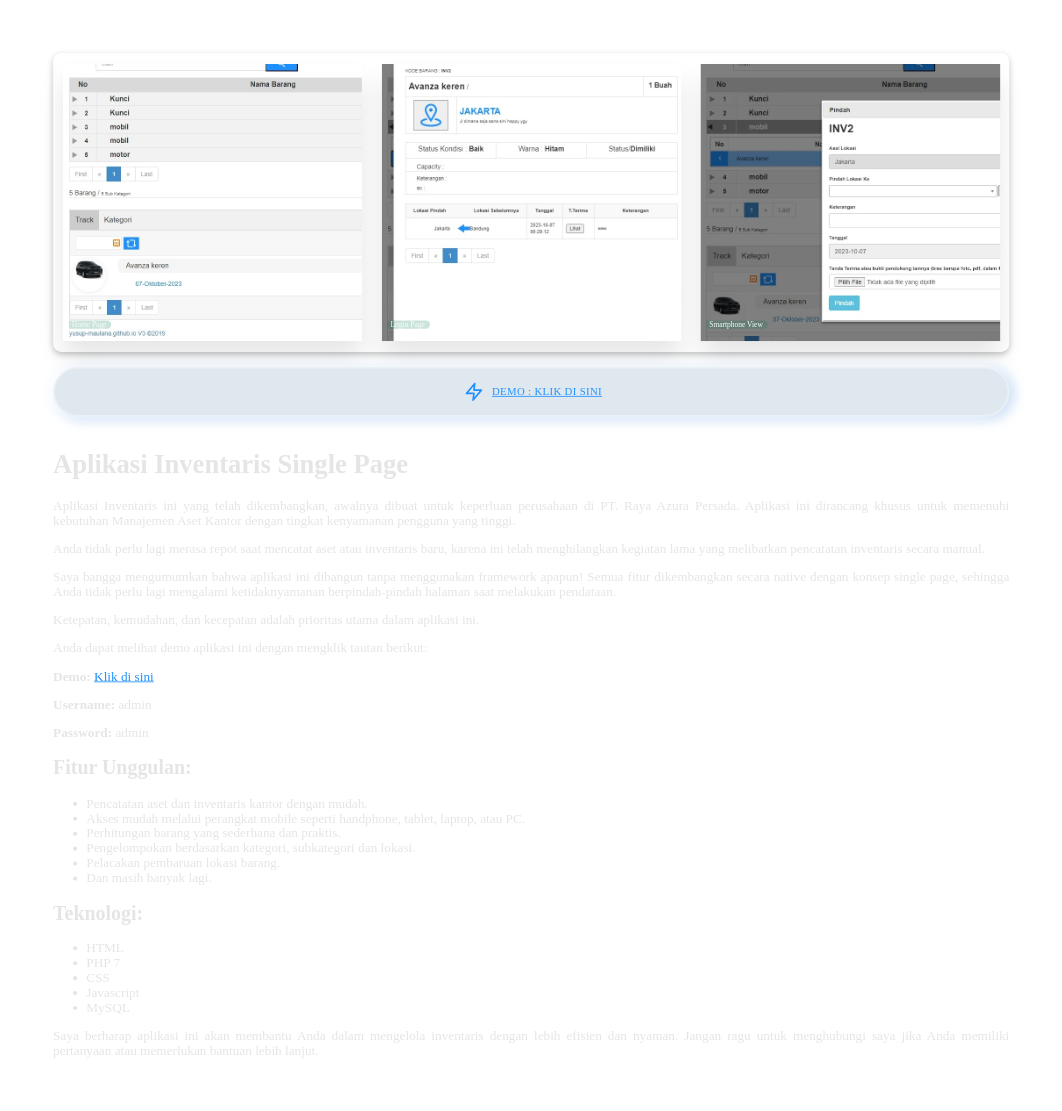
Repository: yusup-maulana/yusup-maulana.github.io
Page: portofolio-inventarisRAP.html
An editor plug-in stored every save of this project. The page is shown before and after the next save, followed by the edit.
The browser window is 1280 px wide. The pictures show the whole page, at 83% of full size.
Some web fonts or font styles are not loaded; a fallback is used.

Above is the page before, as saved 2023-10-07 01:11:51.

After the next save:
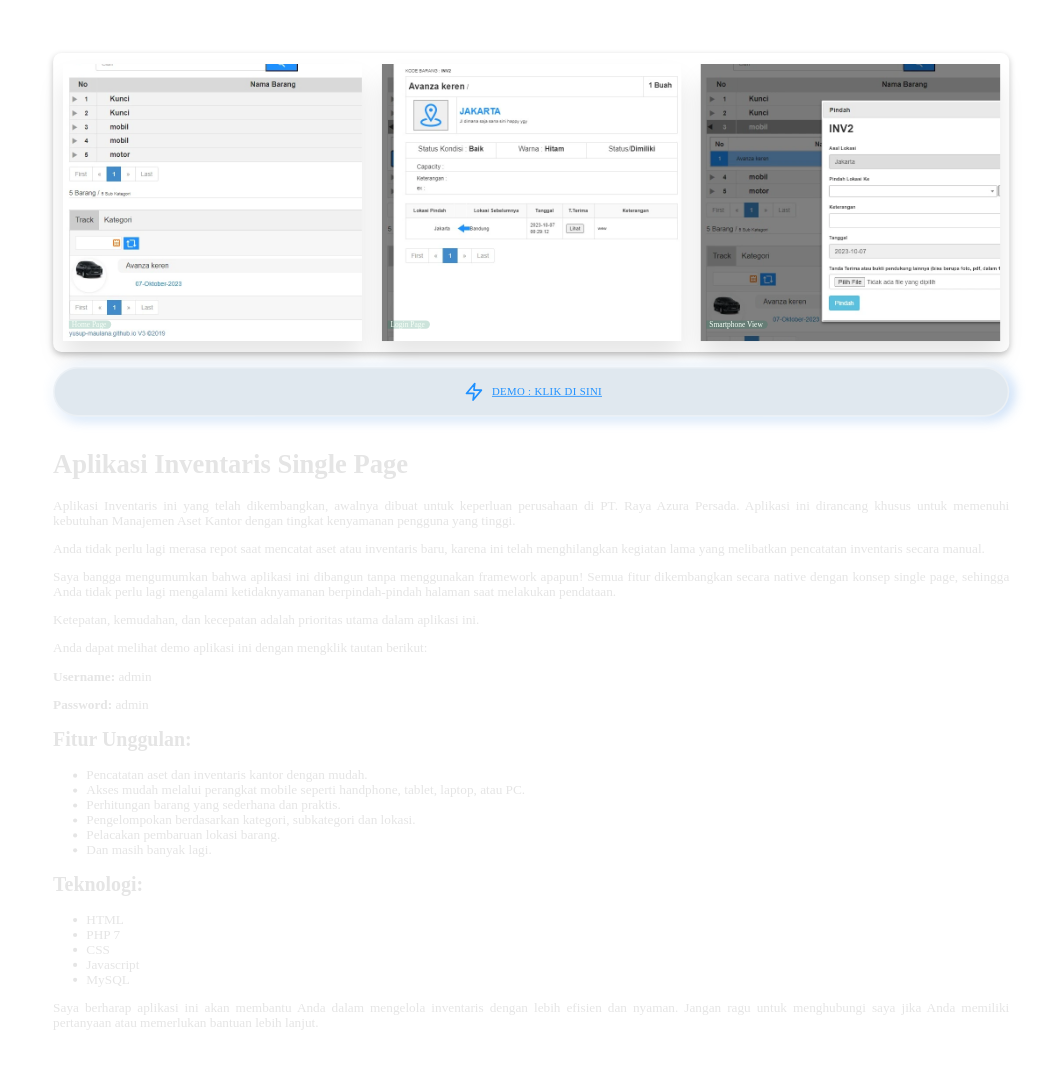
Saved 50 s later.
--- a/portofolio-inventarisRAP.html
+++ b/portofolio-inventarisRAP.html
@@ -196,7 +196,6 @@
   </p>
 
   <p>Anda dapat melihat demo aplikasi ini dengan mengklik tautan berikut:</p>
-  <p><strong>Demo:</strong> <a href="link-demo">Klik di sini</a></p>
   <p><strong>Username:</strong> admin</p>
   <p><strong>Password:</strong> admin</p>
 
